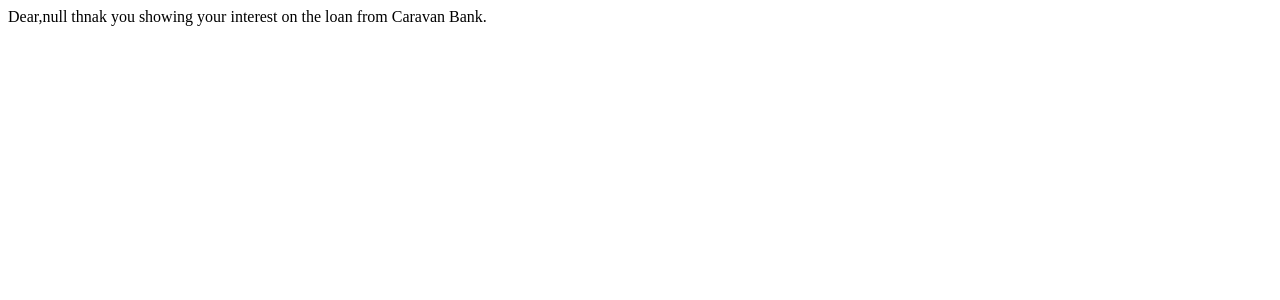
Repository: KGDarshan/BankApplication
Page: http://localhost/CaravanBanking/LoanSuccess.jsp
The author's editor kept a copy of each file at every save. The page is drawn from the files as they stood at one save, then again after a run of saves.
The browser window is 1280 px wide. The pictures show the whole page.
The page is served by Tomcat 9. Nobody is signed in. The application's start-up code is not run.

Above is the page before, as saved 2020-10-10 03:08:15.

After the next 2 saves:
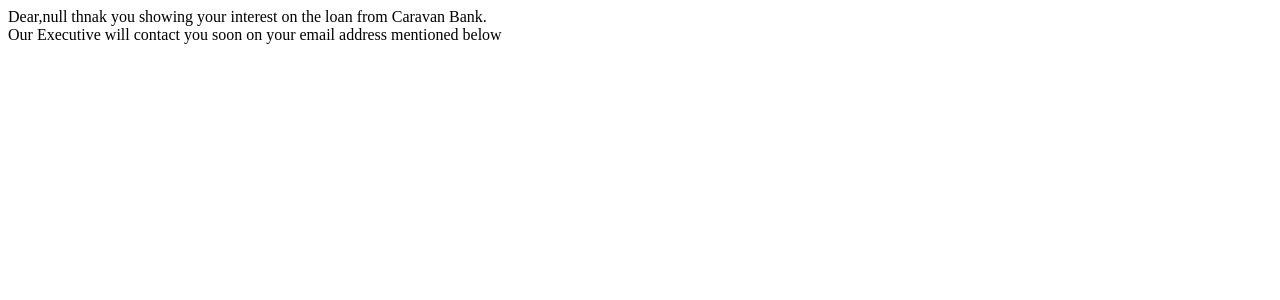
The 2 saves are shown as one change because 1 did not build or start.
The last was saved 64 s later.
--- a/CaravanBanking/WebContent/LoanSuccess.jsp
+++ b/CaravanBanking/WebContent/LoanSuccess.jsp
@@ -10,7 +10,8 @@
 	<%
 		session = request.getSession();
 		out.println("Dear," + session.getAttribute("name") + " thnak you showing your interest on the loan from Caravan Bank.");
-
+		out.println("<br>");
+		out.println("Our Executive will contact you soon on your email address mentioned below");
 	%>
 </body>
 </html>
